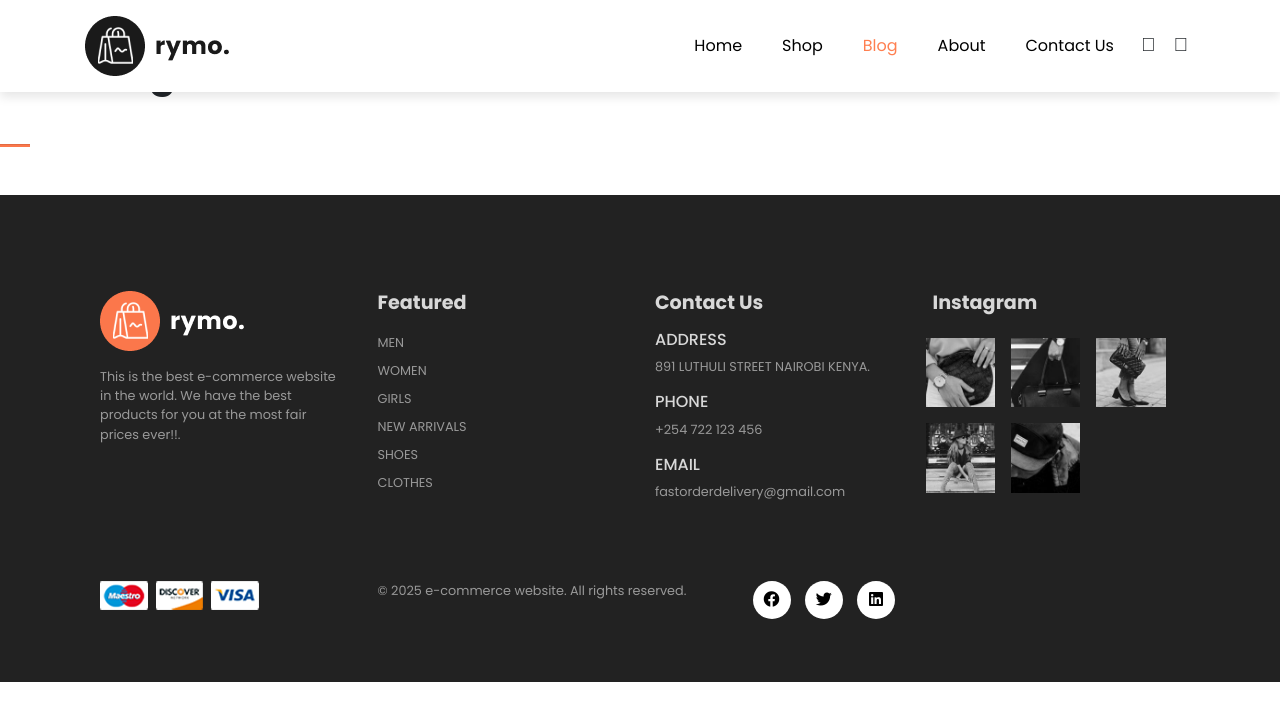
Repository: peter417waweru/e-commerce-UI
Page: blog.html
An editor plug-in stored every save of this project. The page is shown before and after the next save, followed by the edit.
The browser window is 1280 px wide. The pictures show the whole page.
Some web libraries are served in a nearby version.

Above is the page before, as saved 2025-02-09 07:32:26.

### blog.html
<!DOCTYPE html>
<html lang="en">


    <head>
        <meta charset="UTF-8">
        <meta http-equiv="X-UA-Compatible" content="IE=edge">
        <meta name="viewport" content="width=device-width, initial-scale=1.0">
        <title>Ecommerce Website1</title>

        <link rel="stylesheet" href="https://cdn.jsdelivr.net/npm/bootstrap@4.1.3/dist/css/bootstrap.min.css"
        integrity="sha384-MCw98/SFnGE8fJT3GXwEOngsV7Zt27NXFoaoApmYm81iuXoPkFOJwJ8ERdknLPMO" crossorigin="anonymous">

        <link rel="stylesheet" href="https://pro.fontawesome.com/releases/v5.10.0/css/all.css" />

        <link rel="stylesheet" href="./style.css">
        <link rel="stylesheet" href="./blog.css">
    </head>

    <body>

        <nav class="navbar navbar-expand-lg navbar-light bg-white py-3 fixed-top">
            <div class="container">
              <img src="img/logo1.png" alt="">
              <button class="navbar-toggler" type="button" data-bs-toggle="collapse" data-bs-target="#navbarSupportedContent"
              aria-controls="navbarSupportedContent" aria-expanded="false" aria-label="Toggle navigation">
                <span><i id="bar" class="fas fa-bars"></i></span>
              </button>
              <div class="collapse navbar-collapse" id="navbarSupportedContent">
                <ul class="navbar-nav ml-auto">
                  <li class="nav-item">
                    <a class="nav-link " aria-current="page" href="#">Home</a>
                  </li>
                  <li class="nav-item">
                    <a class="nav-link" aria-current="page" href="shop.html">Shop</a>
                  </li>
                  <li class="nav-item">
                    <a class="nav-link active" aria-current="page" href="#">Blog</a>
                  </li>
                  <li class="nav-item">
                    <a class="nav-link" aria-current="page" href="#">About</a>
                  </li>
                  <li class="nav-item">
                    <a class="nav-link" aria-current="page" href="#">Contact Us</a>
                  </li>
                  <li class="nav-item">
                    <i class="fal fa-search"></i>
                    <i class="fal fa-shopping-bag"></i>
                  </li>


                </ul>

              </div>
            </div>
        </nav>

        <section id="blog-home">
            <h1 class="container my-5">Blog</h1>
            <hr>
        </section>


        <footer class="mt-5 py-5">
            <div class="row container mx-auto pt-5">
              <div class="footer-one col-lg-3 col-md-6 col-12">
                <img src="img/logo2.png" alt="">
                <p class="pt-3">This is the best e-commerce website in the world.
                   We have the best products for you at the most fair prices ever!!.</p>
              </div>
              <div class="footer-one col-lg-3 col-md-6 col-12">
                <h4 class="pb-2">Featured</h4>
                <ul class="text-uppercase list-unstyled">
                  <li><a href="#">men</a></li>
                  <li><a href="#">women</a></li>
                  <li><a href="#">girls</a></li>
                  <li><a href="#">new arrivals</a></li>
                  <li><a href="#">shoes</a></li>
                  <li><a href="#">clothes</a></li>
                </ul>
              </div>
              <div class="footer-one col-lg-3 col-md-6 col-12 mb-3">
                <h4 class="pb-2">Contact Us</h4>
                <div>
                  <h6 class="text-uppercase">Address</h6>
                <p>891 LUTHULI STREET NAIROBI KENYA.</p>
                </div>
                <div>
                  <h6 class="text-uppercase">Phone</h6>
                <p>+254 722 123 456</p>
                </div>
                <div>
                  <h6 class="text-uppercase">Email</h6>
                <p>fastorderdelivery@gmail.com</p>
                </div>
              </div>
              <div class="footer-one col-lg-3 col-md-6 col-12 mb-3">
                <h4 class="pb-2">Instagram</h4>
                <div class="row">
                  <img class="img-fluid w-25 h-100 m-2" src="img/insta/1.jpg" alt="">
                  <img class="img-fluid w-25 h-100 m-2" src="img/insta/2.jpg" alt="">
                  <img class="img-fluid w-25 h-100 m-2" src="img/insta/3.jpg" alt="">
                  <img class="img-fluid w-25 h-100 m-2" src="img/insta/4.jpg" alt="">
                  <img class="img-fluid w-25 h-100 m-2" src="img/insta/5.jpg" alt="">
                </div>
              </div>
            </div>
            <div class="copyright mt-5">
              <div class="row container mx-auto">
                <div class="col-lg-3 col-md-6 col-12 mb-4">
                  <img class="img-fluid" src="img/payment.png" alt="">
                </div>
                <div class="col-lg-4 col-md-6 col-12 text-nowrap mb-2">
                  <p>© 2025 e-commerce website. All rights reserved.</p>
                </div>
                <div class="col-lg-4 col-md-6 col-12">
                  <a href="#"><i class="fab fa-facebook"></i></a>
                  <a href="#"><i class="fab fa-twitter"></i></a>
                  <a href="#"><i class="fab fa-linkedin"></i></a>
                </div>
              </div>
            </div>
        </footer>


    </body>





</html>

### style.css
@import url("https://fonts.googleapis.com/css2?family=Poppins:wght@100;200;300;400;500;600;700;800;900&display=swap");
* {
  margin: 0;
  padding: 0;
  box-sizing: border-box;
}

body {
  font-family: "Poppins", sans-serif;
}

h1 {
  font-size: 2.5rem;
  font-weight: 700;
}

h2 {
  font-size: 1.8rem;
  font-weight: 600;
}

h3 {
  font-size: 1.4rem;
  font-weight: 800;
}

h4 {
  font-size: 1.1rem;
  font-weight: 600;
}

h5 {
  font-size: 1rem;
  font-weight: 400;
  color: #1d1d1d;
}

h6 {
  color: #d8d8d8;
}

hr {
  width: 30px;
  height: 2px;
  background-color: #fb774b;
}

.star {
  padding: 10px 0;
}

.star i{
  font-size: 0.8rem;
  color: goldenrod;
}

button {
  font-size: 0.8rem;
  font-weight: 700;
  outline: none;
  border: none;
  background-color: #1d1d1d;
  color: aliceblue;
  padding: 13px 30px;
  cursor: pointer;
  text-transform: uppercase;
  transition: 0.3s ease;
}

button:hover {
  background-color: #3a3833;
}

hr {
  width: 30px;
  height: 2px;

}

.navbar {
  font-size: 16px;
  background-color: #d8d8d8;
  top: 0;
  left: 0;
  box-shadow: 0 5px 10px rgba(0, 0, 0, 0.1);
}

.navbar-light .navbar-nav .nav-link{
  padding: 0 20px;
  color: black;
  transition: 0.3s ease;
}

.navbar-light .navbar-nav .nav-link:hover,
.navbar i:hover,
.navbar-light .navbar-nav .nav-link.active,
.navbar i.active
{
  color: coral;
}



.navbar i{
  font-size: 1.2rem;
  padding: 0 7px;
  cursor: pointer;
  transition: 0.3s ease;
}

/* Mobile Nav*/


.navbar-light .navbar-toggler{
  border: none;
  outline: none;
}

#bar {
  font-size: 1.5rem;
  padding: 7px;
  cursor: pointer;
  font-weight: 500;
  color: black;
  transition: 0.3s ease;
}

#bar:hover,
#bar.active{
  color: #fff;
}

@media only screen and (max-width: 990px) {

  body > nav > div > button:hover ,
  body > nav > div > button:focus {
    background-color: #fb774b;
  }

  body > nav > div > button:hover #bar,
  body > nav > div > button:focus #bar {
    background-color: #fb774b;
  }

  #navbarSupportedContent > ul {
    margin: 1rem;
    justify-content: flex-end;
    align-items: flex-end;
    text-align: right;
  }

  #navbarSupportedContent > ul > li:nth-child(n) > a {
    padding: 10px 0;
  }
}


#home {
  background-image: url("img/back.jpg");
  width: 100%;
  height: 100vh;
  background-size: cover;
  background-position: top 70px center;
  display: flex;
  flex-direction: column;
  align-items: flex-start;
  justify-content: center;

}

#home span{
  color: coral;
}

#new .one img{
  width: 100%;
  height: 100%;
  background-position: center center;
  background-repeat: no-repeat;
  background-size: cover;
  position: relative;
}


#new .row .one .details{
  position: absolute;
  width: 100%;
  height: 100%;
  top: 0;
  left: 0;
  transition: 0.3s ease;
}

#new .row .one:hover .details{
  cursor: pointer;
  background-color: rgba(255, 178, 178, 0.8);
}

#new .row .one .details button{
 display: inline-block;
 font-size: 14px;
 font-weight: 500;
 color: #2a2a2a;
 background: none;
 text-transform: uppercase;
 border-bottom: 1px solid #2a2a2a;
 padding: 1.5px;
 transform: translateY(70px);
 transition: 0.3s ease;
}

#new .row .one .details button:hover{
  cursor: pointer;
  color: #fff;
  border-bottom: 1px solid #fff;
}

#new .row .one:nth-child(1) .details{
  display: flex;
  justify-content: center;
  flex-direction: column;
  align-items: flex-start;
  text-align: start;
}

#new .row .one:nth-child(2) .details{
  display: flex;
  justify-content: center;
  flex-direction: column;
  align-items: center;
  text-align: center;
}

#new .row .one:nth-child(3) .details{
  display: flex;
  justify-content: center;
  flex-direction: column;
  align-items: flex-end;
  text-align: end;
}

/*Products*/

.product {
  cursor: pointer;
  margin-bottom: 2rem;
}

.product img{
  transition: 0.3s all;

}

.product img:hover{
  opacity: 0.7;
}

.product .buy-btn{
  background: #fb774b;
  transform: translateY(20px);
  opacity: 0;
  transition: 0.3s all;
}
.product:hover .buy-btn{
  transform: translateY(0px);
  opacity: 1;
}

#banner {
  background-image: url("img/banner/2.jpg");
  width: 100%;
  height: 60vh;
  background-size: cover;
  background-position: top 70px center;
  background-repeat: no-repeat;
  background-attachment: fixed;
  display: flex;
  flex-direction: column;
  align-items: flex-start;
  justify-content: center;
}

#banner h4{
  color: #D8D8D8;
}

#banner h1{
  color: #D8D8D8;
}

#banner button{
  background-color: #fb774b;
}

footer{
  background-color: #222222;
}

footer h4 {
  color: #D8D8D8;
  font-size: 1.2rem;
  font-weight: 700;
}

footer li {
  padding-bottom: 4px;
}

footer li a {
  font-size: 0.8rem;
  color: #999;
}

footer li a:hover {
  color: #D8D8D8;
}

footer p{
  color: #999;
  font-size: 0.8rem;
}

footer .copyright a{
  color: #000;
  width: 38px;
  height: 38px;
  background-color: #fff;
  display: inline-block;
  text-align: center;
  line-height: 38px;
  border-radius: 50%;
  transition: 0.3s ease;
  margin: 0 5px;

}

footer .copyright a:hover{
  color: #fff;
  background-color: #fb774b;
}

Loaded but not shown: blog.css (no stored copy; drawn as an empty file)

After the next save:
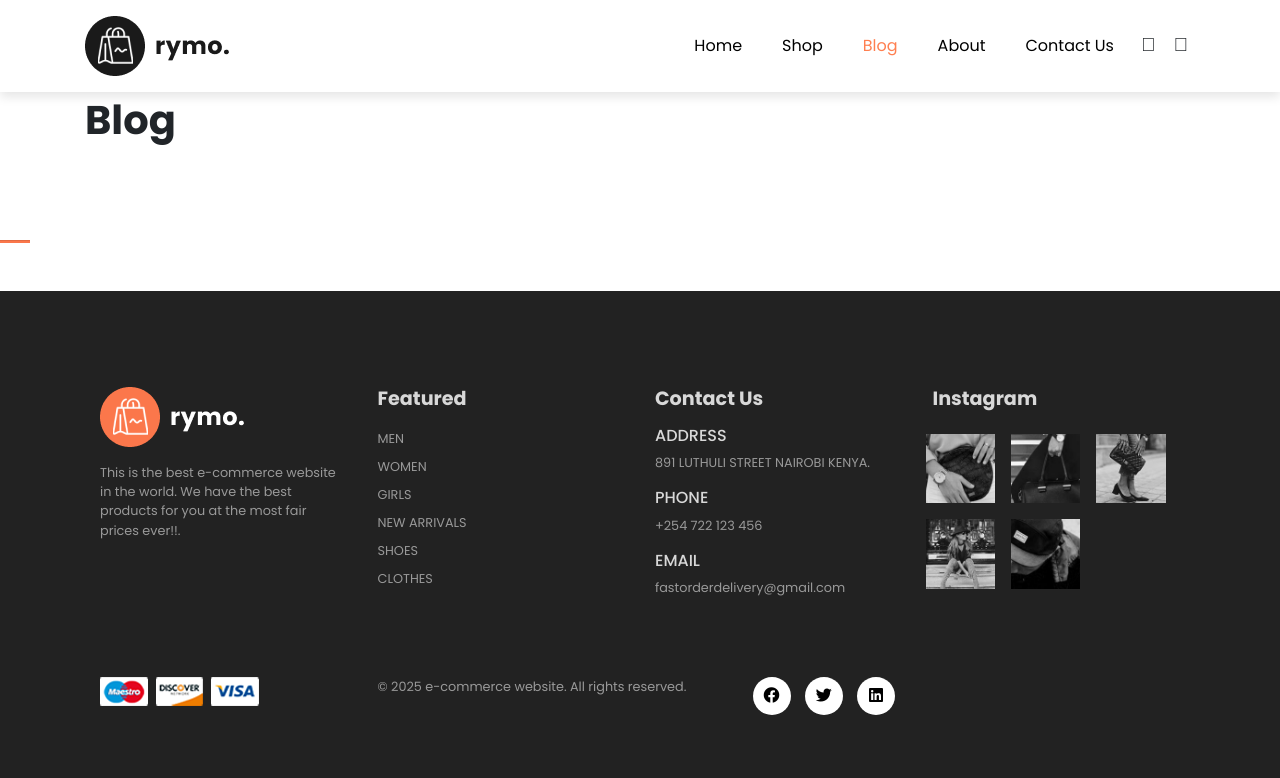
Saved 21 s later.
--- a/blog.html
+++ b/blog.html
@@ -56,7 +56,7 @@
         </nav>
 
         <section id="blog-home">
-            <h1 class="container my-5">Blog</h1>
+            <h1 class="container my-5 py-5">Blog</h1>
             <hr>
         </section>
 
